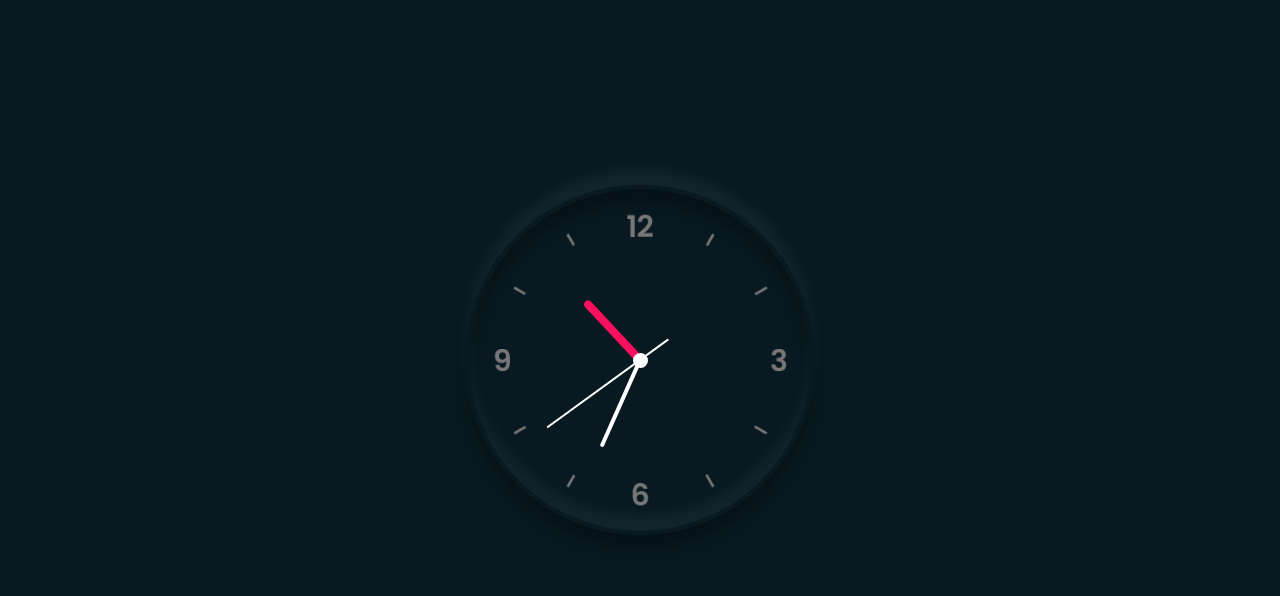
Repository: DaNiels89/analog-clock
Page: index.html
The author's editor kept a copy of each file at every save. The page is drawn from the files as they stood at one save, then again after the next save.
The browser window is 1280 px wide. The pictures show the whole page.

Above is the page before, as saved 2020-06-20 11:38:30.

### index.html
<!DOCTYPE html>
<html lang="en">

<head>
    <meta charset="UTF-8">
    <meta name="viewport" content="width=device-width, initial-scale=1.0">
    <title>Analog Clock</title>
    <!-- <link rel="stylesheet" href="css/styles.css"> -->
    <link rel="stylesheet" href="css/lightstyles.css">
</head>

<body>
    <div class="clock">
        <div class="hour">
            <div class="hr" id="hr"></div>
        </div>
        <div class="min">
            <div class="mn" id="mn"></div>
        </div>
        <div class="sec">
            <div class="sc" id="sc"></div>
        </div>
    </div>

    <script src="js/main.js"></script>
</body>

</html>

### css/lightstyles.css
* {
    margin: 0;
    padding: 0;
    box-sizing: border-box;
  }

  body {
    display: flex;
    justify-content: center;
    align-items: center;
    min-height: 100vh;
    background: #091921
  }

  .clock {
    width: 350px;
    height: 350px;
    display:flex;
    justify-content: center;
    align-items: center;
    background: url(../img/clock.png);
    background-size: cover;
    border: 4px solid #091921;
    border-radius: 50%;
    box-shadow: 0 -15px 15px rgba(255,255,255,0.05),
          inset 0 -15px 15px rgba(255,255,255,0.05),
                0 15px 15px rgba(0,0,0,0.3),
          inset 0 15px 15px rgba(0,0,0,0.3);
  }

  .clock::before {
    content: "";
    position: absolute;
    width: 15px;
    height: 15px;
    background: #fff;
    border-radius: 50%;
    z-index: 10000;
  }

  .clock .hour,
  .clock .min,
  .clock .sec {
    position: absolute;
  }

  .clock .hour, .hr {
    width: 160px;
    height: 160px;
  }

  .clock .min, .mn {
    width: 190px;
    height: 190px;
  }

  .clock .sec, .sc {
    width: 230px;
    height: 230px;
  }

  .hr, .mn, .sc {
    display: flex;
    justify-content: center;
    position: absolute;
    border-radius: 50%;;
  }

  .hr::before {
    content: "";
    position: absolute;
    width: 8px;
    height: 80px;
    background: #ff105e;
    z-index: 10;
    border-radius: 6px 6px 0 0;
  }

  .mn::before {
    content: "";
    position: absolute;
    width: 4px;
    height: 90px;
    background: #fff;
    z-index: 11;
    border-radius: 6px 6px 0 0;
  }

  .sc::before {
    content: "";
    position: absolute;
    width: 2px;
    height: 150px;
    background: #fff;
    z-index: 12;
    border-radius: 6px 6px 0 0;
  }

### js/main.js
const deg = 6
const hr = document.querySelector("#hr")
const mn = document.querySelector("#mn")
const sc = document.querySelector("#sc")

setInterval(() => {
    let day = new Date()
    let hh = day.getHours() * 30
    let mm = day.getMinutes() * deg
    let ss = day.getSeconds() * deg

    hr.style.transform = `rotateZ(${(hh) + (mm / 12)}deg)`
    mn.style.transform = `rotateZ(${(mm)}deg)`
    sc.style.transform = `rotateZ(${(ss)}deg)`
})

After the next save:
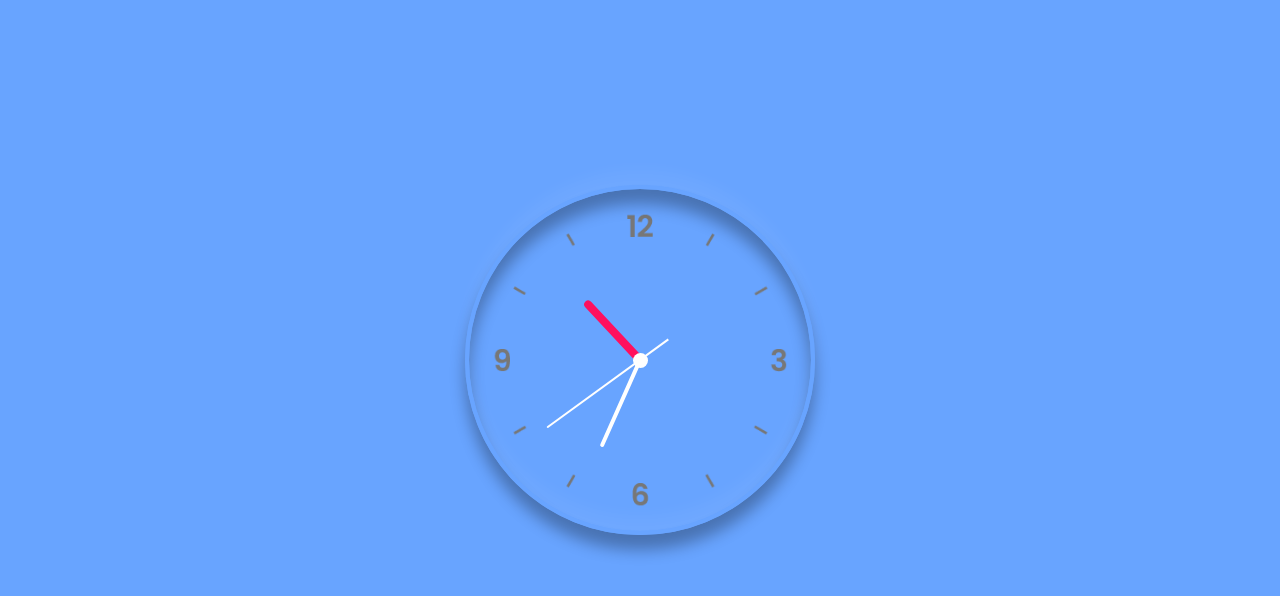
Saved 18 s later.
--- a/css/lightstyles.css
+++ b/css/lightstyles.css
@@ -9,7 +9,7 @@
     justify-content: center;
     align-items: center;
     min-height: 100vh;
-    background: #091921
+    background: #68a4ff
   }
 
   .clock {
@@ -20,7 +20,7 @@
     align-items: center;
     background: url(../img/clock.png);
     background-size: cover;
-    border: 4px solid #091921;
+    border: 4px solid #68a4ff;
     border-radius: 50%;
     box-shadow: 0 -15px 15px rgba(255,255,255,0.05),
           inset 0 -15px 15px rgba(255,255,255,0.05),
